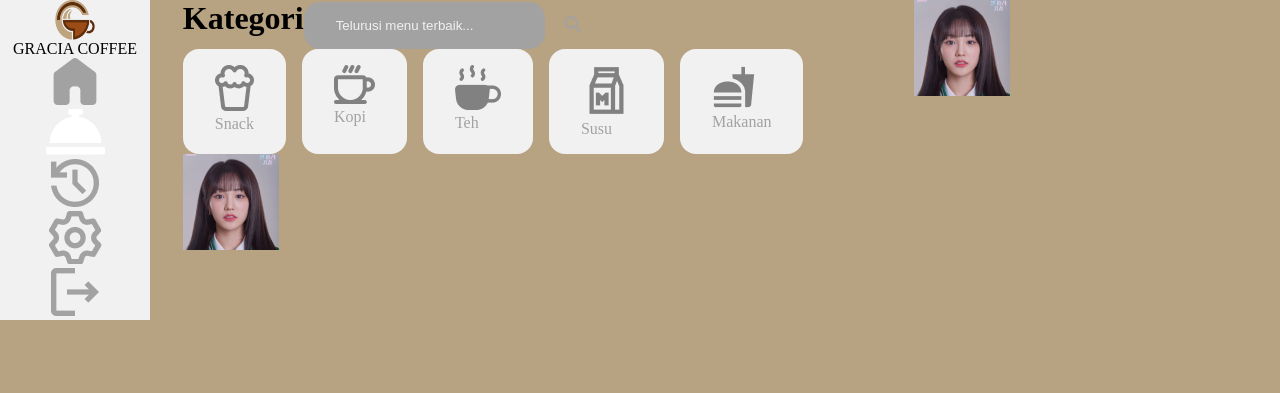
Repository: DanielChuaaa/sbd2
Page: index.html
These files come from the project's save history. The page is drawn as it stood at one moment and after the next save; the edit follows.
The browser window is 1280 px wide. The pictures show the whole page.
Some web libraries are served in a nearby version.

Above is the page before, as saved 2023-10-20 11:03:48.

After the next save:
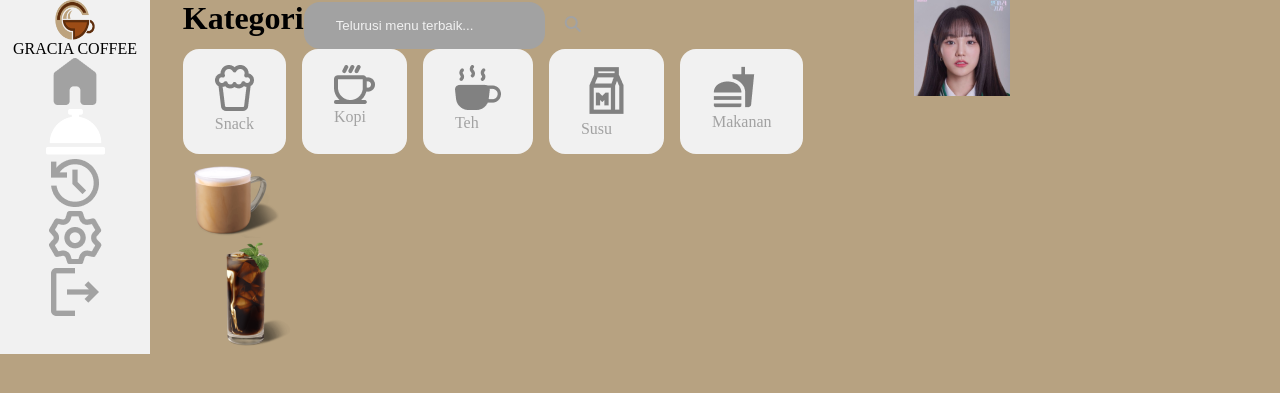
Saved 16 s later.
--- a/index.html
+++ b/index.html
@@ -57,9 +57,9 @@
 
                 <div class="orderMenu">
                     <div class="menu1">
-                        <img src="./assets/g_8___8_idola_cantik_berbakat_alumni_sm_entertainment_yang_sudah_debut_di_girlgroup_agensi_lain_p_eks_sm_trainee-20220408-001-non_fotografer_kly 1.png" alt="">
+                        <img src="./assets/Vanilla Latte_LongShadow_Cream_1 1.png" alt="">
                     </div>
-                    <div class="menu2"></div>
+                    <div class="menu2"><img src="./assets/10032021_Vietnamese_LS-min 1.png" alt=""></div>
                 </div>
             </div>
 
